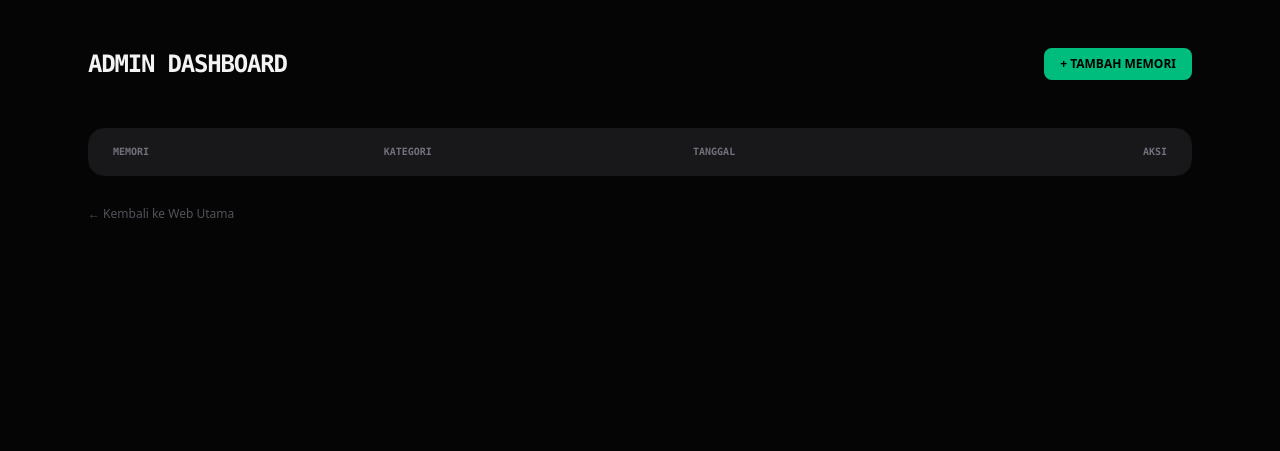
Repository: Tenno1208/lintas-waktu
Page: http://localhost/admin
An editor plug-in stored every save of this project. The page is shown before and after the next save, followed by the edit.
The browser window is 1280 px wide. The pictures show the whole page.
The page is served by the project's Laravel application, run on PHP 8.4 with Laravel 12. Style sheets and scripts are compiled from the project's sources, by tool versions that may differ from the author's. Queries for data that is not in the repository find no rows.

Above is the page before, as saved 2026-05-16 20:47:28.

After the next save:
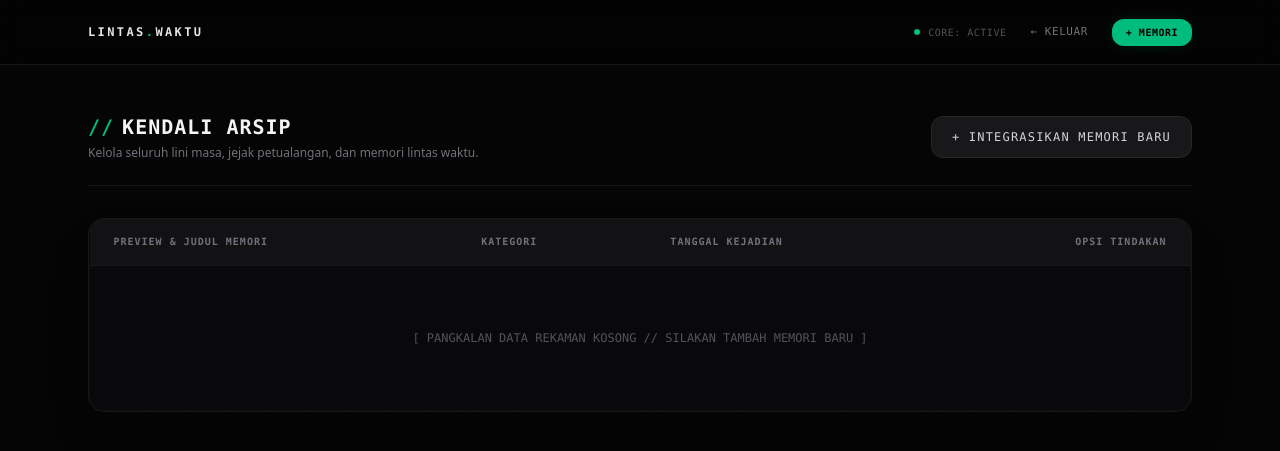
Saved 18 s later.
--- a/resources/views/admin/index.blade.php
+++ b/resources/views/admin/index.blade.php
@@ -1,41 +1,82 @@
 <x-layout>
+    <x-navbar />
+
     <div class="max-w-6xl mx-auto px-6 py-12">
-        <div class="flex justify-between items-center mb-12">
-            <h1 class="text-2xl font-bold font-mono uppercase tracking-tighter">Admin Dashboard</h1>
-            <a href="{{ route('admin.create') }}" class="bg-emerald-500 text-black px-4 py-2 rounded-lg text-xs font-bold hover:bg-emerald-400 transition-all">
-                + TAMBAH MEMORI
+        <div class="border-b border-zinc-900 pb-6 mb-8 flex flex-col md:flex-row justify-between items-start md:items-center gap-4">
+            <div>
+                <h1 class="text-xl font-bold font-mono uppercase tracking-wider text-zinc-100 flex items-center gap-2">
+                    <span class="text-emerald-500">//</span> KENDALI ARSIP
+                </h1>
+                <p class="text-xs text-zinc-500 font-light mt-1">Kelola seluruh lini masa, jejak petualangan, dan memori lintas waktu.</p>
+            </div>
+
+            <a href="{{ route('admin.create') }}" class="w-full md:w-auto text-center bg-zinc-900 border border-zinc-800 hover:border-emerald-500/50 text-zinc-300 font-mono text-xs tracking-widest px-5 py-3 rounded-xl transition-all">
+                + INTEGRASIKAN MEMORI BARU
             </a>
         </div>
 
-        <div class="bg-zinc-950 border border-zinc-900 rounded-2xl overflow-hidden">
-            <table class="w-full text-left text-sm">
-                <thead class="bg-zinc-900 text-zinc-500 font-mono text-[10px] uppercase">
-                    <tr>
-                        <th class="px-6 py-4">Memori</th>
-                        <th class="px-6 py-4">Kategori</th>
-                        <th class="px-6 py-4">Tanggal</th>
-                        <th class="px-6 py-4 text-right">Aksi</th>
-                    </tr>
-                </thead>
-                <tbody class="divide-y divide-zinc-900">
-                    @foreach($memories as $m)
-                    <tr class="hover:bg-zinc-900/50 transition-colors">
-                        <td class="px-6 py-4 font-medium">{{ $m->title }}</td>
-                        <td class="px-6 py-4 uppercase text-[10px] tracking-widest text-emerald-500">{{ $m->category }}</td>
-                        <td class="px-6 py-4 text-zinc-500">{{ $m->event_date->format('d M Y') }}</td>
-                        <td class="px-6 py-4 text-right">
-                            <form action="{{ route('admin.destroy', $m->id) }}" method="POST" onsubmit="return confirm('Hapus memori ini?')">
-                                @csrf @method('DELETE')
-                                <button class="text-red-500 hover:text-red-400 text-xs">Hapus</button>
-                            </form>
-                        </td>
-                    </tr>
-                    @endforeach
-                </tbody>
-            </table>
-        </div>
-        <div class="mt-6">
-            <a href="/" class="text-zinc-600 text-xs hover:text-zinc-400">← Kembali ke Web Utama</a>
+        <div class="bg-[#09090b] border border-zinc-900 rounded-2xl overflow-hidden shadow-2xl">
+            <div class="overflow-x-auto">
+                <table class="w-full text-left text-xs md:text-sm">
+                    <thead class="bg-zinc-900/60 text-zinc-500 font-mono text-[10px] uppercase tracking-widest border-b border-zinc-900">
+                        <tr>
+                            <th class="px-6 py-4">Preview & Judul Memori</th>
+                            <th class="px-6 py-4 hidden md:table-cell">Kategori</th>
+                            <th class="px-6 py-4">Tanggal Kejadian</th>
+                            <th class="px-6 py-4 text-right">Opsi Tindakan</th>
+                        </tr>
+                    </thead>
+                    <tbody class="divide-y divide-zinc-900/60">
+                        @forelse($memories as $m)
+                        <tr class="hover:bg-zinc-900/20 transition-all group">
+                            <td class="px-6 py-4 font-medium text-zinc-200">
+                                <div class="flex items-center gap-4">
+                                    <div class="h-10 w-10 rounded-lg bg-zinc-900 border border-zinc-800 overflow-hidden flex-shrink-0">
+                                        @if(!empty($m->photos) && isset($m->photos[0]))
+                                            <img src="{{ asset('storage/' . $m->photos[0]) }}" class="h-full w-full object-cover opacity-60 group-hover:opacity-100 transition-opacity">
+                                        @else
+                                            <div class="h-full w-full flex items-center justify-center text-zinc-700 font-mono text-[9px]">NULL</div>
+                                        @endif
+                                    </div>
+                                    <div>
+                                        <span class="text-zinc-200 group-hover:text-emerald-400 transition-colors font-semibold block">{{ $m->title }}</span>
+                                        <span class="text-[10px] font-mono text-zinc-500 block md:hidden uppercase tracking-wider text-emerald-500 mt-0.5">{{ $m->category }}</span>
+                                        <span class="text-[10px] font-mono text-zinc-600 block">{{ $m->location ?? 'Tanpa Lokasi' }}</span>
+                                    </div>
+                                </div>
+                            </td>
+
+                            <td class="px-6 py-4 hidden md:table-cell">
+                                @if($m->category == 'adventure')
+                                    <span class="text-[9px] font-mono uppercase tracking-wider bg-emerald-500/10 text-emerald-400 px-2 py-0.5 rounded border border-emerald-500/20">Adventure</span>
+                                @elseif($m->category == 'school')
+                                    <span class="text-[9px] font-mono uppercase tracking-wider bg-blue-500/10 text-blue-400 px-2 py-0.5 rounded border border-blue-500/20">School Days</span>
+                                @elseif($m->category == 'graduation')
+                                    <span class="text-[9px] font-mono uppercase tracking-wider bg-amber-500/10 text-amber-400 px-2 py-0.5 rounded border border-amber-500/20">Graduation</span>
+                                @endif
+                            </td>
+
+                            <td class="px-6 py-4 font-mono text-zinc-400 text-xs">{{ $m->event_date->format('d / m / Y') }}</td>
+
+                            <td class="px-6 py-4 text-right">
+                                <form action="{{ route('admin.destroy', $m->id) }}" method="POST" onsubmit="return confirm('Apakah Anda yakin ingin menghapus memori permanen ini?')">
+                                    @csrf @method('DELETE')
+                                    <button class="font-mono text-[10px] tracking-widest text-zinc-600 hover:text-red-400 border border-zinc-900 hover:border-red-500/20 bg-zinc-950/40 px-3 py-1.5 rounded-lg transition-all">
+                                        DELETE
+                                    </button>
+                                </form>
+                            </td>
+                        </tr>
+                        @empty
+                        <tr>
+                            <td colspan="4" class="px-6 py-16 text-center text-zinc-600 font-mono text-xs border-dashed border border-zinc-900/50 rounded-b-2xl">
+                                [ PANGKALAN DATA REKAMAN KOSONG // SILAKAN TAMBAH MEMORI BARU ]
+                            </td>
+                        </tr>
+                        @endforelse
+                    </tbody>
+                </table>
+            </div>
         </div>
     </div>
 </x-layout>
